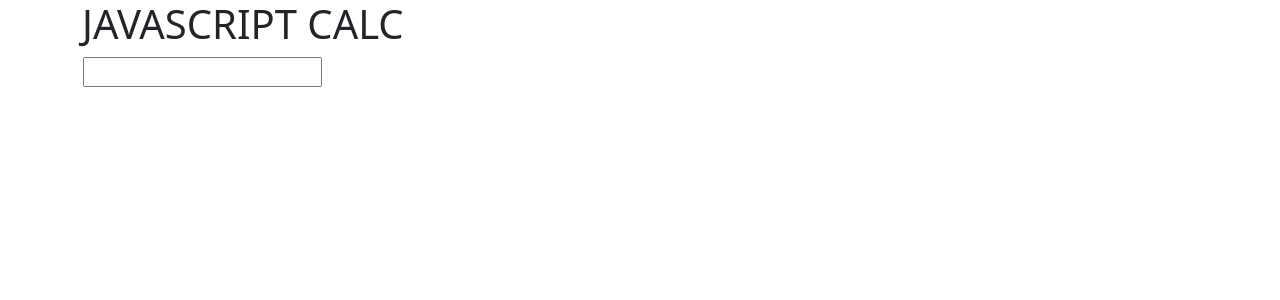
Repository: harryninja/14JsReact
Page: CalcJS/index.html
An editor plug-in stored every save of this project. The page is shown before and after the next save, followed by the edit.
The browser window is 1280 px wide. The pictures show the whole page.

Above is the page before, as saved 2022-03-08 22:35:46.

### CalcJS/index.html
<!DOCTYPE html>
<html lang="en">

<head>
    <meta charset="UTF-8">
    <meta http-equiv="X-UA-Compatible" content="IE=edge">
    <meta name="viewport" content="width=device-width, initial-scale=1.0">
    <title>JSCalculator</title>
    <!-- JavaScript Bundle with Popper -->
    <script src="https://cdn.jsdelivr.net/npm/bootstrap@5.1.3/dist/js/bootstrap.bundle.min.js"
        integrity="sha384-ka7Sk0Gln4gmtz2MlQnikT1wXgYsOg+OMhuP+IlRH9sENBO0LRn5q+8nbTov4+1p" crossorigin="anonymous">
    </script>
    <!-- CSS only -->
    <link href="https://cdn.jsdelivr.net/npm/bootstrap@5.1.3/dist/css/bootstrap.min.css" rel="stylesheet"
        integrity="sha384-1BmE4kWBq78iYhFldvKuhfTAU6auU8tT94WrHftjDbrCEXSU1oBoqyl2QvZ6jIW3" crossorigin="anonymous">
</head>

<body>
    <div class="container">
        <div class="row">
            <div class="col-md-6">
                <h1>JAVASCRIPT CALC</h1>
                <table>
                    <tr>
                        <td colspan="3"><input type="text"></td>
                    </tr>
                </table>
            </div>
        </div>
    </div>
</body>

</html>

After the next save:
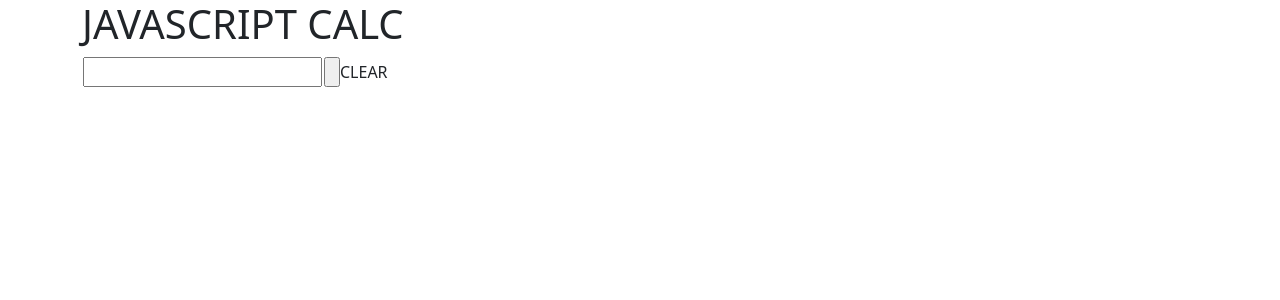
Saved 49 s later.
--- a/CalcJS/index.html
+++ b/CalcJS/index.html
@@ -23,6 +23,7 @@
                 <table>
                     <tr>
                         <td colspan="3"><input type="text"></td>
+                        <td><input type="button" value="">CLEAR</td>
                     </tr>
                 </table>
             </div>
